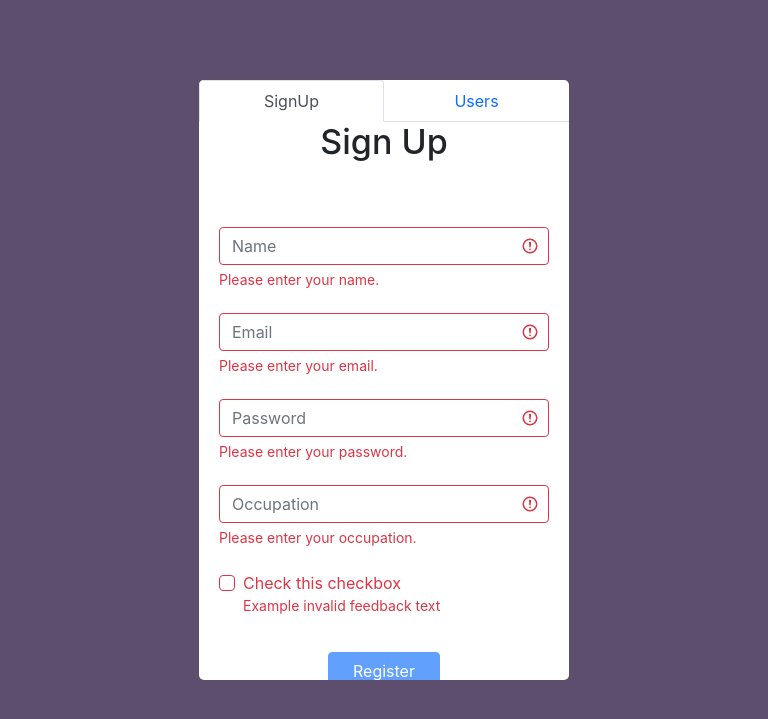
Repository: asadalibest1/SignUp-from
Page: /
These files come from the project's save history. The page is drawn as it stood at one moment and after the next save; the edit follows.
The browser window is 768 px wide. The pictures show the whole page.
The project was rebuilt for these pictures with package versions that can differ from the ones it lists, and the page was loaded fresh each time.

Above is the page before, as saved 2021-02-07 23:17:06.

After the next save:
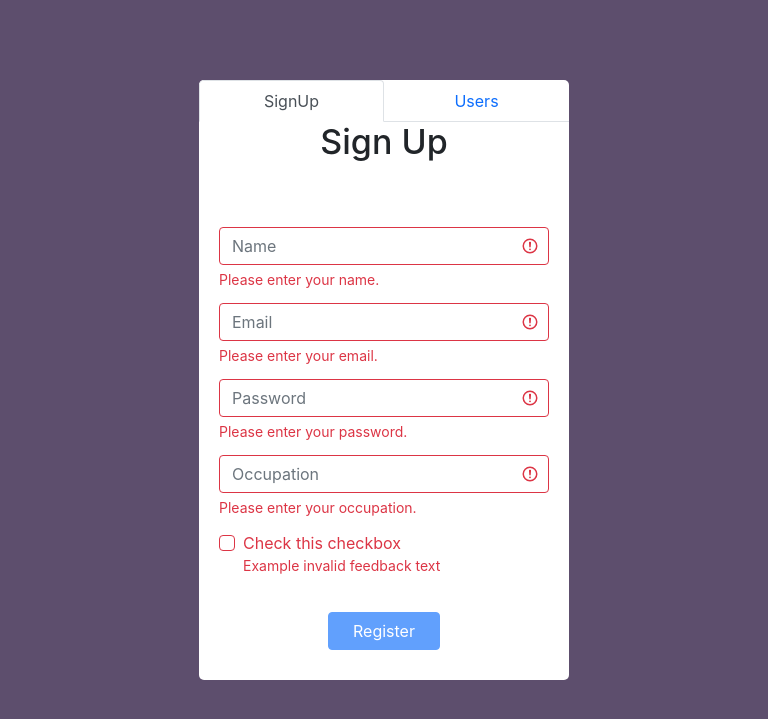
Saved 12 s later.
--- a/src/components/SignUp/SignUp.css
+++ b/src/components/SignUp/SignUp.css
@@ -22,9 +22,9 @@
     .SignUp h2 {
         font-size: 34px;
     }
-    .SignUp form > div{
+    /* .SignUp form > div{
         height: 70px;
-    }
+    } */
     .SignUp form button{
         margin-top: 20px;
     }
